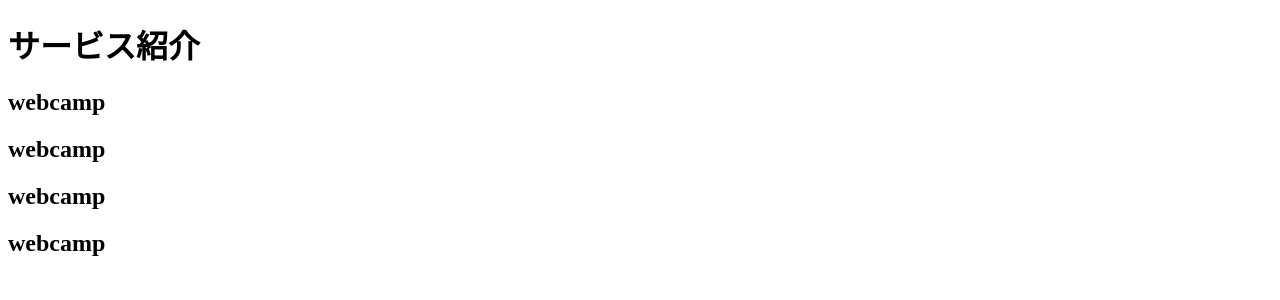
Repository: alamsamiha/html_css
Page: chapter2_exercise/ch2.html
The author's editor kept a record of every edit. The page is drawn from the files as they stood at one moment, then again after the next edit.
The browser window is 1280 px wide. The pictures show the whole page.

Above is the page before.

After the next edit:
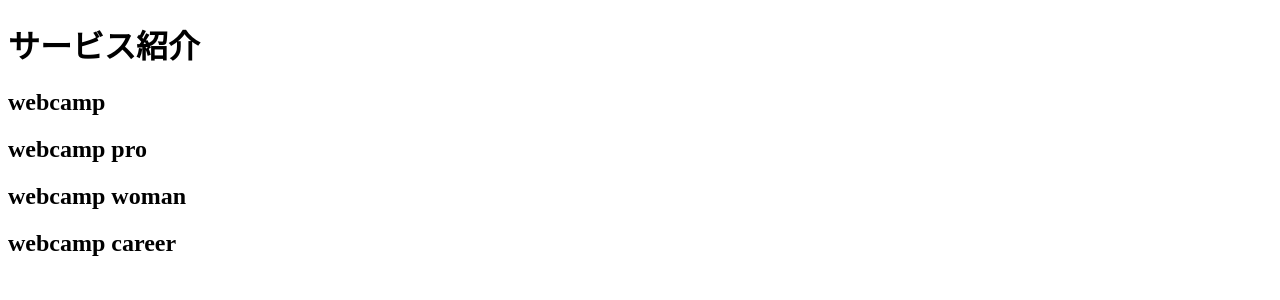
The edit:
--- a/chapter2_exercise/ch2.html
+++ b/chapter2_exercise/ch2.html
@@ -8,8 +8,9 @@
   <body>
     <h1>サービス紹介</h1>
     <h2>webcamp</h2>
-    <h2>webcamp</h2>
-    <h2>webcamp</h2>
-    <h2>webcamp</h2>
+    <p></p>
+    <h2>webcamp pro</h2>
+    <h2>webcamp woman</h2>
+    <h2>webcamp career</h2>
   </body>
 </html>
